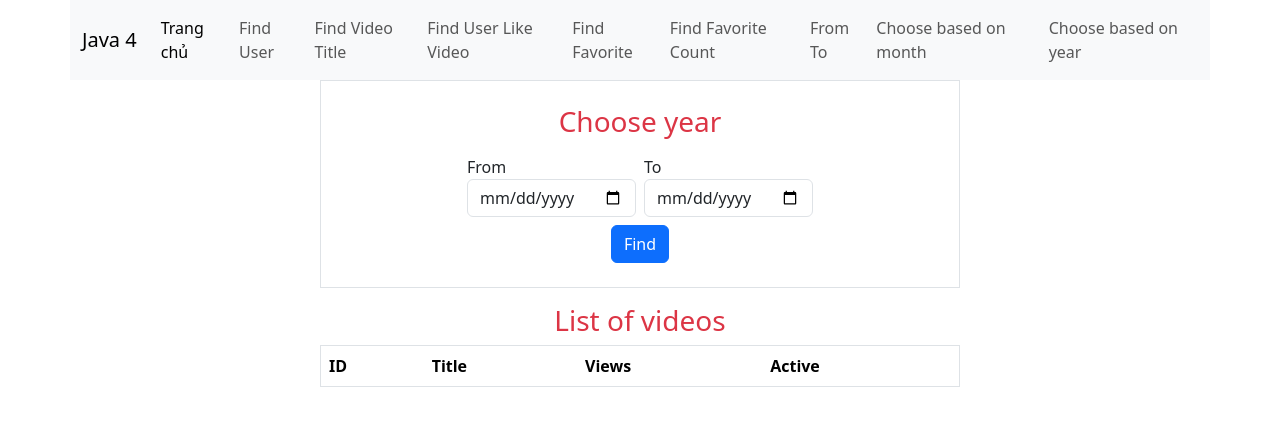
Repository: DanielNine9/java_servlet
Page: http://localhost/lab6/find/choose-year
These files come from the project's save history. The page is drawn as it stood at one moment and after the next save; the edit follows.
The browser window is 1280 px wide. The pictures show the whole page.
The page is served by Tomcat 9.

Above is the page before, as saved 2024-07-17 10:23:26.

After the next save:
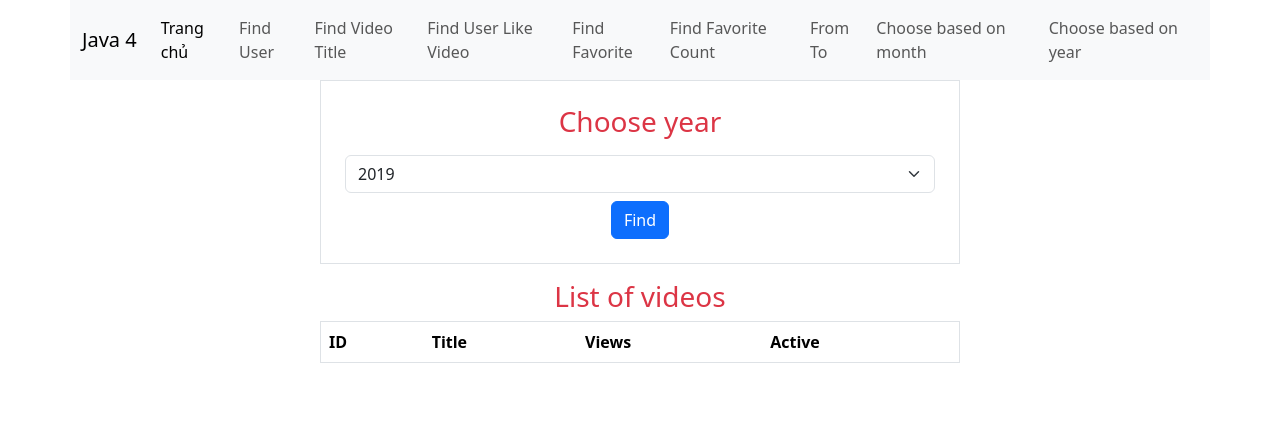
Saved 3 min 25 s later.
--- a/lab6/src/main/webapp/lab6/chooseYear.jsp
+++ b/lab6/src/main/webapp/lab6/chooseYear.jsp
@@ -19,12 +19,14 @@
 	<form method="post" action="/lab6/find/from-to" class="w-50 mx-auto p-4 border">
 		<h3 class="text-center text-danger">Choose year</h3>
 		<div class="d-flex gap-2 py-2 justify-content-center">
-			<div>
-				<label>From</label> <input type="date" name="from" class="form-control">
-			</div>
-			<div>
-				<label>To</label> <input type="date" name="to" class="form-control">
-			</div>
+			<select class="form-select">
+				<option value="2019">2019</option>
+				<option value="2020">2020</option>
+				<option value="2021">2021</option>
+				<option value="2022">2022</option>
+				<option value="2023">2023</option>
+				<option value="2024">2024</option>
+			</select>
 		</div>
 		<div class="d-flex justify-content-center">
 			<button class="btn btn-primary">Find</button>
